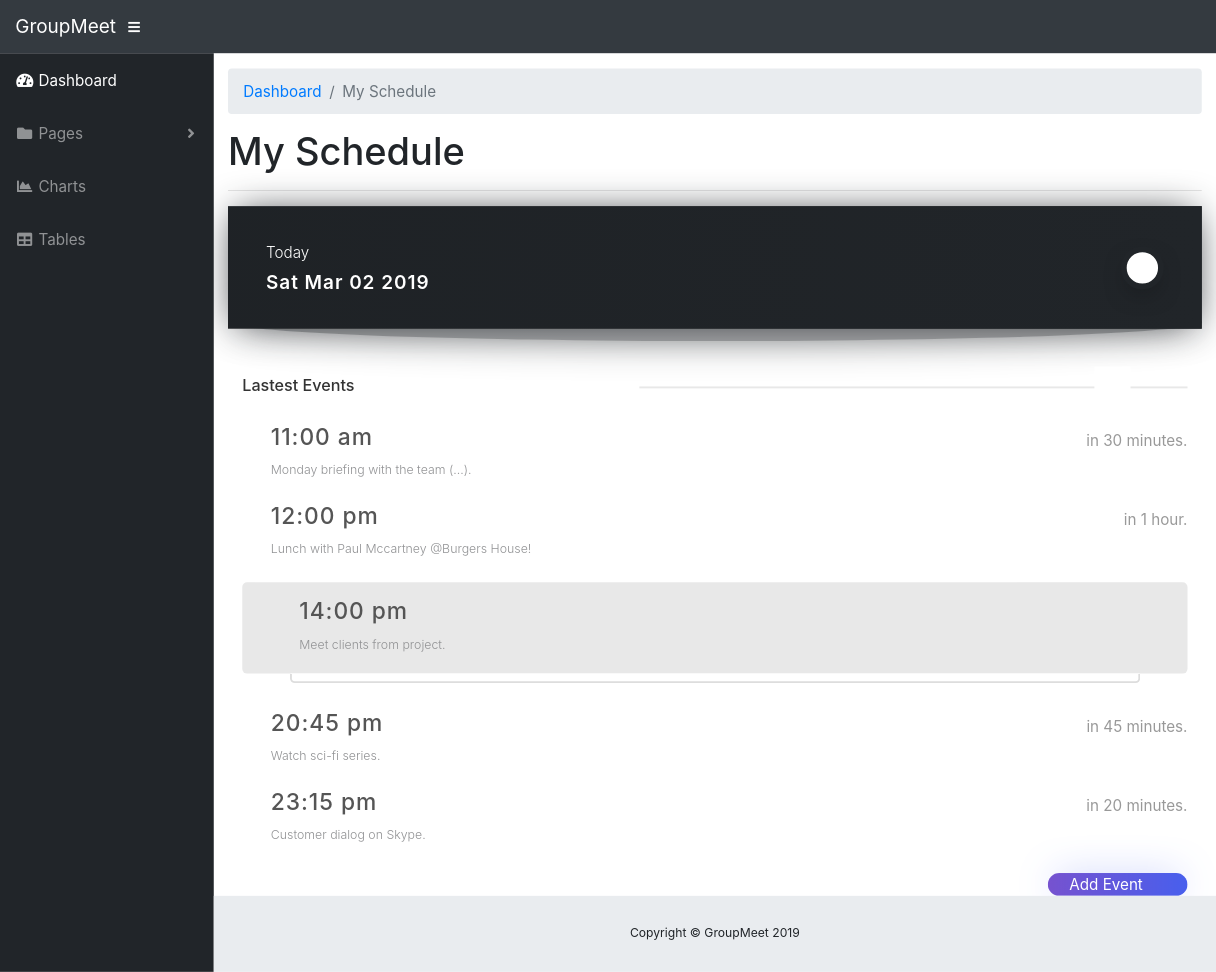
Repository: Map2g/GroupMeet
Page: messing_around.html
The author's editor kept a record of every edit. The page is drawn from the files as they stood at one moment, then again after the next edit.
The browser window is 1280 px wide. The pictures show the whole page, at 95% of full size.

Above is the page before.

### messing_around.html
<!DOCTYPE html>
  <meta charset="utf-8">
  <meta http-equiv="X-UA-Compatible" content="IE=edge">
  <meta name="viewport" content="width=device-width, initial-scale=1, shrink-to-fit=no">
  <meta name="description" content="">
  <meta name="author" content="">

  <title>SB Admin - Dashboard</title>

  <!-- Custom fonts for this template-->
  <link href="vendor/fontawesome-free/css/all.min.css" rel="stylesheet" type="text/css">

  <!-- Page level plugin CSS-->
  <link href="vendor/datatables/dataTables.bootstrap4.css" rel="stylesheet">
  <link href="calendar.css" rel="stylesheet">

  <!-- Custom styles for this template-->
  <link href="css/sb-admin.css" rel="stylesheet">

</head>

<body id="page-top">

  <nav class="navbar navbar-expand navbar-dark bg-dark static-top">

    <a class="navbar-brand mr-1" href="index.html">GroupMeet</a>

    <button class="btn btn-link btn-sm text-white order-1 order-sm-0" id="sidebarToggle" href="#">
      <i class="fas fa-bars"></i>
    </button>

    <!-- Navbar Search
    <form class="d-none d-md-inline-block form-inline ml-auto mr-0 mr-md-3 my-2 my-md-0">
      <div class="input-group">
        <input type="text" class="form-control" placeholder="Search for..." aria-label="Search" aria-describedby="basic-addon2">
        <div class="input-group-append">
          <button class="btn btn-primary" type="button">
            <i class="fas fa-search"></i>
          </button>
        </div>
      </div>
    </form>

    <!-- Navbar
    <ul class="navbar-nav ml-auto ml-md-0">
      <li class="nav-item dropdown no-arrow mx-1">
        <a class="nav-link dropdown-toggle" href="#" id="alertsDropdown" role="button" data-toggle="dropdown" aria-haspopup="true" aria-expanded="false">
          <i class="fas fa-bell fa-fw"></i>
          <span class="badge badge-danger">9+</span>
        </a>
        <div class="dropdown-menu dropdown-menu-right" aria-labelledby="alertsDropdown">
          <a class="dropdown-item" href="#">Action</a>
          <a class="dropdown-item" href="#">Another action</a>
          <div class="dropdown-divider"></div>
          <a class="dropdown-item" href="#">Something else here</a>
        </div>
      </li>
      <li class="nav-item dropdown no-arrow mx-1">
        <a class="nav-link dropdown-toggle" href="#" id="messagesDropdown" role="button" data-toggle="dropdown" aria-haspopup="true" aria-expanded="false">
          <i class="fas fa-envelope fa-fw"></i>
          <span class="badge badge-danger">7</span>
        </a>
        <div class="dropdown-menu dropdown-menu-right" aria-labelledby="messagesDropdown">
          <a class="dropdown-item" href="#">Action</a>
          <a class="dropdown-item" href="#">Another action</a>
          <div class="dropdown-divider"></div>
          <a class="dropdown-item" href="#">Something else here</a>
        </div>
      </li>
      <li class="nav-item dropdown no-arrow">
        <a class="nav-link dropdown-toggle" href="#" id="userDropdown" role="button" data-toggle="dropdown" aria-haspopup="true" aria-expanded="false">
          <i class="fas fa-user-circle fa-fw"></i>
        </a>
        <div class="dropdown-menu dropdown-menu-right" aria-labelledby="userDropdown">
          <a class="dropdown-item" href="#">Settings</a>
          <a class="dropdown-item" href="#">Activity Log</a>
          <div class="dropdown-divider"></div>
          <a class="dropdown-item" href="#" data-toggle="modal" data-target="#logoutModal">Logout</a>
        </div>
      </li>
    </ul>-->

  </nav>

  <div id="wrapper">

    <!-- Sidebar -->
    <ul class="sidebar navbar-nav">
      <li class="nav-item active">
        <a class="nav-link" href="index.html">
          <i class="fas fa-fw fa-tachometer-alt"></i>
          <span>Dashboard</span>
        </a>
      </li>
      <li class="nav-item dropdown">
        <a class="nav-link dropdown-toggle" href="#" id="pagesDropdown" role="button" data-toggle="dropdown" aria-haspopup="true" aria-expanded="false">
          <i class="fas fa-fw fa-folder"></i>
          <span>Pages</span>
        </a>
        <div class="dropdown-menu" aria-labelledby="pagesDropdown">
          <h6 class="dropdown-header">Login Screens:</h6>
          <a class="dropdown-item" href="login.html">Login</a>
          <a class="dropdown-item" href="register.html">Register</a>
          <a class="dropdown-item" href="forgot-password.html">Forgot Password</a>
          <div class="dropdown-divider"></div>
          <h6 class="dropdown-header">Group Management:</h6>
          <a class="dropdown-item" href="register_group.html">Create a Group</a>
          <a class="dropdown-item" href="blank.html">View Group</a>
        </div>
      </li>
      <li class="nav-item">
        <a class="nav-link" href="charts.html">
          <i class="fas fa-fw fa-chart-area"></i>
          <span>Charts</span></a>
      </li>
      <li class="nav-item">
        <a class="nav-link" href="tables.html">
          <i class="fas fa-fw fa-table"></i>
          <span>Tables</span></a>
      </li>
    </ul>

    <div id="content-wrapper">

      <div class="container-fluid">

        <!-- Breadcrumbs-->
        <ol class="breadcrumb">
          <li class="breadcrumb-item">
            <a href="index.html">Dashboard</a>
          </li>
          <li class="breadcrumb-item active">My Schedule</li>
        </ol>

        <!-- Page Content -->
        <h1>My Schedule</h1>
        <hr>

         <!--======= Today =======-->

   <section class="today-box" id="today-box">
      <span class="breadcrumb2">Today</span>  <!--Doesn't work right-->
      <h3 class="date-title"><script>document.write(new Date().toDateString());</script></h3>
      <div class="plus-icon">
         <i class="ion ion-ios-add"></i>
      </div>
   </section>

   <!--======= Upcoming Events =======-->

   <section class="upcoming-events">
      <div class="container">
         <h3>
            Lastest Events

         </h3>
         <div class="events-wrapper">
            <div class="event">
               <i class="ion ion-ios-flame hot"></i>
               <h4 class="event__point">11:00 am</h4>
               <span class="event__duration">in 30 minutes.</span>
               <p class="event__description">
                  Monday briefing with the team (...).
               </p>
            </div>
            <div class="event">
               <i class="ion ion-ios-flame done"></i>
               <h4 class="event__point">12:00 pm</h4>
               <span class="event__duration">in 1 hour.</span>
               <p class="event__description">
                  Lunch with Paul Mccartney @Burgers House!
               </p>
            </div>
            <div class="event active">
               <i class="ion ion-ios-radio-button-on icon-in-active-mode"></i>
               <h4 class="event__point">14:00 pm</h4>
               <p class="event__description">
                  Meet clients from project.
               </p>
            </div>
            <div class="event">
               <i class="ion ion-ios-flame-outline upcoming"></i>
               <h4 class="event__point">20:45 pm</h4>
               <span class="event__duration">in 45 minutes.</span>
               <p class="event__description">
                  Watch sci-fi series.
               </p>
            </div>
            <div class="event">
               <i class="ion ion-ios-flame-outline upcoming"></i>
               <h4 class="event__point">23:15 pm</h4>
               <span class="event__duration">in 20 minutes.</span>
               <p class="event__description">
                  Customer dialog on Skype.
               </p>
            </div>
         </div>
         <button class="add-event-button">
            <span class="add-event-button__title">Add Event</span>

            <span class="add-event-button__icon">
               <i class="ion ion-ios-star-outline"></i>
            </span>


         </button>
      </div>
   </section>


      </div>
      <!-- /.container-fluid -->

      <!-- Sticky Footer -->
      <footer class="sticky-footer">
        <div class="container my-auto">
          <div class="copyright text-center my-auto">
            <span>Copyright © GroupMeet 2019</span>
          </div>
        </div>
      </footer>

    </div>
    <!-- /.content-wrapper -->

  </div>
  <!-- /#wrapper -->

  <!-- Scroll to Top Button-->
  <a class="scroll-to-top rounded" href="#page-top">
    <i class="fas fa-angle-up"></i>
  </a>

  <!-- Logout Modal-->
  <div class="modal fade" id="logoutModal" tabindex="-1" role="dialog" aria-labelledby="exampleModalLabel" aria-hidden="true">
    <div class="modal-dialog" role="document">
      <div class="modal-content">
        <div class="modal-header">
          <h5 class="modal-title" id="exampleModalLabel">Ready to Leave?</h5>
          <button class="close" type="button" data-dismiss="modal" aria-label="Close">
            <span aria-hidden="true">×</span>
          </button>
        </div>
        <div class="modal-body">Select "Logout" below if you are ready to end your current session.</div>
        <div class="modal-footer">
          <button class="btn btn-secondary" type="button" data-dismiss="modal">Cancel</button>
          <a class="btn btn-primary" href="login.html">Logout</a>
        </div>
      </div>
    </div>
  </div>

  <!-- Bootstrap core JavaScript-->
  <script src="vendor/jquery/jquery.min.js"></script>
  <script src="vendor/bootstrap/js/bootstrap.bundle.min.js"></script>

  <!-- Core plugin JavaScript-->
  <script src="vendor/jquery-easing/jquery.easing.min.js"></script>

  <!-- Custom scripts for all pages-->
  <script src="js/sb-admin.min.js"></script>

</body>

</html>

### calendar.css

html {
   box-sizing: border-box;
}

*, *:before, *:after {
   box-sizing: inherit;
}

* {
   outline: 0;
}

/*body {
   background: linear-gradient(45deg, rgb(19, 73, 95), rgb(118, 75, 226), rgb(131, 115, 198), rgb(119, 211, 185));
   background-attachment: fixed;
   height:100vh;
   padding: 3rem 0;
   margin: 0;
   color: #555;
   font: {
      family: 'Lato', sans-serif;
      size: 14px;
   }
}*/

.container {
   width: 90%;
   margin: auto;
}

.mobile-wrapper {
   background: #fff;
   /* relative with .today-box::before*/
   z-index: 1;  /*positive*/ // PARENT
   position: relative;
   /*---------*/
   width: 380px;
   min-height: 100%;
   margin: auto;
   padding: 10px 0 20px;
   border-radius: 10px;
   box-shadow: 0px 10px 30px -10px #000;
   overflow: hidden;

}

/*.header {
   padding-bottom: 15px;
   margin-bottom: 40px;
   .container {
      position: relative;
      span {
         color: #444;
         font: {
            family: 'Ramabhadra';
            size: 21px;
            weight: 700;
         }
      }
      h1 {
         margin-top: 5px;
         color: #919294;
         font: {
            size: 13px;
            weight: 300;
         }
      }

      .menu-toggle {
         width: 25px;
         height: 25px;
         background: #fff;
         padding: 24px;
         border-radius: 50%;
         direction: rtl;
         display: flex;
         align-items: center;
         justify-content: center;
         box-shadow: 0px 10px 30px -14px #000;
         position: absolute;
         top: 0;
         right: 0;
         cursor: pointer;
         span {
            display: block;
            width: 25px;
            height: 2px;
            background: #777;
            border-radius: 2px;
            transition: all 300ms ease;
            &:not(:last-child) {
               margin-bottom: 5px;
            }
            &:first-child {
               width: 20px;
            }
            &:last-child {
               width: 15px;
            }
         }
         &:hover span:first-child,
         &:hover span:last-child {
            width: 100%;
         }
      }
      &::before {
         content: "";
         display: block;
         width: 0;
         height: 0;
         border: 6px solid transparent;
         border-left-color: #e8e8e8;
         position: absolute;
         bottom: -13px;
         right: 0px;
      }
      &::after {
         content: "";
         display: block;
         width: calc(100% - 10px);
         height: 2px;
         background-color: #e8e8e8;
         position: relative;
         top: 8px;
      }
   }
}*/

.today-box {
   background: linear-gradient(to left, #212529, rgba(0, 0, 0, 0.075)), #212529;
   color: #FFF;
   padding: 37px 40px;
   position: relative;
   box-shadow: 0px 0px 40px -9px #212529;
   margin-bottom: 50px;
   &::before {
      content: "";
      background: linear-gradient(to left, #212529, rgba(0, 0, 0, 0.075)), #212529;
      opacity: 0.4;
      z-index: -1; // CHILD /*negative*/ /* relative with .mobile-wrapper it's his parent background*/
      display: block;
      width: 100%;
      height: 40px;
      margin: auto;
      position: absolute;
      bottom: -13px;
      left: 50%;
      transform: translatex(-50%);
      border-radius: 50%;
      box-shadow: 0px 0px 40px 0 #212529;
   }

   .breadcrumb2 {
      font-weight: 300;
      position: relative;
      &::after {
         content: "\f3d1";
         font-family: 'Ionicons';
         vertical-align: middle;
         font-size: 12px;
         font-weight: 100;
         display: inline-block;
         color: #000;
         text-align: center;
         position: absolute;
         left: 45px;
         top: 3px;
      }
   }

   .date-title {
      font-size: 20px;
      margin: 7px 0 0 0;
      letter-spacing: 1px;
      font-weight: 600;
      text-shadow: 0px 0px 5px  rgba(#000, 0.15);

   }
   .plus-icon {
      border: 2px solid rgba(#FFF, 0.6);
      border-radius: 50%;
      box-shadow: 0px 10px 30px -14px #000;
      position: absolute;
      top: 50%;
      transform: translateY(-50%);
      right: 40px;
      cursor: pointer;
      transition: all 350ms ease;
      transition-timing-function: cubic-bezier(0.05,1.8,1,1.57);
      &:hover {
         transform: translateY(-40%);
      }
      i {
         font-size: 22px;
         font-weight: 700;
         background: #fff;
         color: #777;
         width: 45px;
         height: 45px;
         border: 6px solid #212529;
         border-radius: 50%;
         display: flex;
         align-items: center;
         justify-content: center;
      }
      &:active {
         top: 52%;
         transform: translatey(-52%);
         right: 38px;
         box-shadow: 0px 8px 30px -14px #000;

      }
   }
}


.upcoming-events {
   .container {
      h3 {
         color: #333;
         font-size: 17px;
         margin-bottom: 30px;
         position: relative;
         &::before {
            content: "";
            display: block;
            width: 58%;
            height: 2px;
            background-color: #e8e8e8;
            position: absolute;
            top: 60%;
            transform: translatey(-60%);
            right: 0;
         }
         &::after {
            content: "\f3ff";
            font-family: 'Ionicons';
            color: rgba(0, 0, 0, 0.1);
            vertical-align: middle;
            font-size: 36px;
            font-weight: 100;
            display: inline-block;
            background: #fff;
            color: #919294;
            width: 38px;
            text-align: center;
            position: absolute;
            right: 60px;
            top: -10px;
         }
      }
      .events-wrapper {
         margin-bottom: 30px;
         .event {
            position: relative;
            margin-bottom: 25px;
            padding-left:30px;
            cursor: pointer;
            i {
               font-size: 24px;
               font-weight: 100;
               position: absolute;
               left: 0;
               top: -4px;
            }
            .event__point {
               margin: 0;
               color: #555;
               font: {
                  size: 15px;
                  weight: 800;
               }
               letter-spacing: 1px;
            }
            .event__duration {
               position: absolute;
               top: 5px;
               right: 0;
               color: #999;
               font: {
                  size: 10px;
                  weight: 800;
                  style: italic;
               }
            }
            .event__description {
               margin-top: 10px;
               color: #919294;
               font-size: 13px;
               font-weight: 300;

            }
            &.active {
               background: #e8e8e8;
               padding: 17px 0 5px 60px;
               margin-bottom: 38px;
               border-radius: 5px;
               &::after {
                  content:"";
                  display: block;
                  width: 90%;
                  height: 10px;
                  background: #fff;
                  border: 2px solid #ddd;
                  border-top:0;
                  border-radius: 0 0 5px 5px;
                  position: absolute;
                  bottom: -10px;
                  left: 50%;
                  transform: translatex(-50%);
               }
               i {
                  position: absolute;
                  left: 25px;
                  top: 17px;
               }
               .event__description {
                  &::before,
                  &::after {
                     content: "\f3d1";
                     font-family: 'Ionicons';
                     font-size: 32px;
                     display: inline-block;
                     color: #919294;
                     text-align: center;
                     position: absolute;
                     right: 30px;
                     top: 50%;
                     transform: translateY(-50%);
                     cursor: pointer;
                  }
                  &::before {
                     right: 45px;
                     font-size: 22px;
                     transition: all 550ms ease;
                     transition-timing-function: cubic-bezier(0.05,1.8,1,1.57);
                  }
               }
               &:hover .event__description::before {
                  transform: translate(15px, -12px);
               }
            }
         }
      }
   }
}


.hot {
   color: #ee6b51;
}

.done {
   color: #999 !important;
}

.icon-in-active-mode {
   color: #43ff28;
   font-size: 20px !important;
}

.upcoming {
   font-weight: bold;
   color: #777

}


.add-event-button {
   display: flex;
   align-items: center;
   margin-left: auto;
   border: 0;
   padding: 0;
   background: linear-gradient(to left, #485fed, rgba(255, 44, 118, .25)), #485fed;
   border-radius: 50px;
   cursor: pointer;
   box-shadow: 0px 0px 40px -9px #485fed;
   &:active {
      position: relative;
      top: 2px;
      left: 2px;
   }
   .add-event-button__title{
      color: #FFF;
      padding: 0 18px 0 23px;
      text-shadow: 0px 0px 5px  rgba(#000, 0.2);
      font: {
         family: 'Lato';
         size: 15px;
         weight: 600;
      }
   }
   .add-event-button__icon {
      display: inline-block;
      background: rgba(#FFF, 0.1);
      padding: 0 17px 0 12px;
      height: 100%;
      i {
         margin: 0;
         color: #fff;
         font-size: 25px;
         padding: 13px 0;
      }
   }
}

Loaded but not shown: vendor/fontawesome-free/css/all.min.css (library); vendor/datatables/dataTables.bootstrap4.css (library); css/sb-admin.css (library); vendor/jquery/jquery.min.js (library); vendor/bootstrap/js/bootstrap.bundle.min.js (library); vendor/jquery-easing/jquery.easing.min.js (common file); js/sb-admin.min.js (common file)

After the next edit:
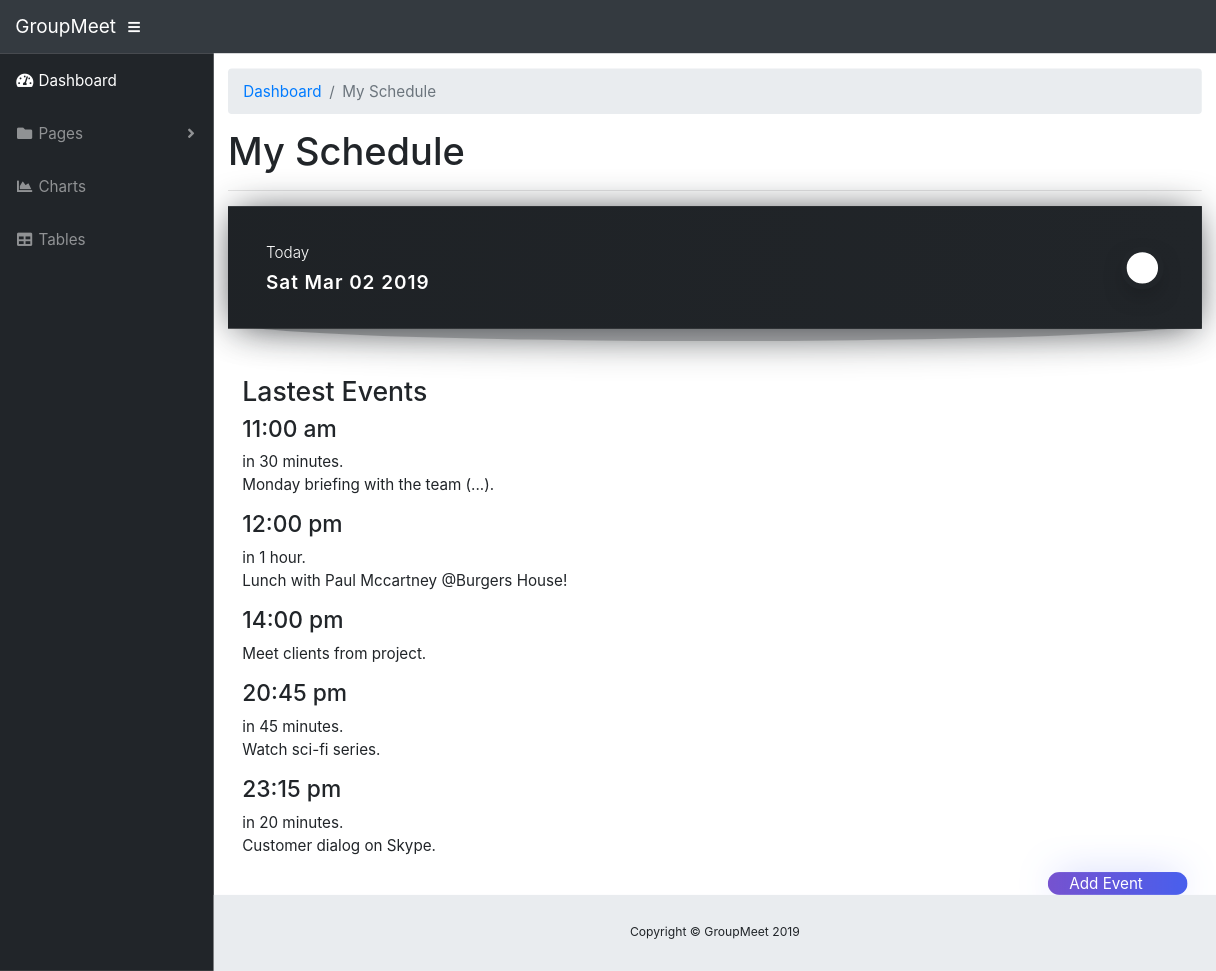
The edit:
--- a/calendar.css
+++ b/calendar.css
@@ -212,7 +212,7 @@
 
       }
    }
-}
+} */
 
 
 .upcoming-events {
